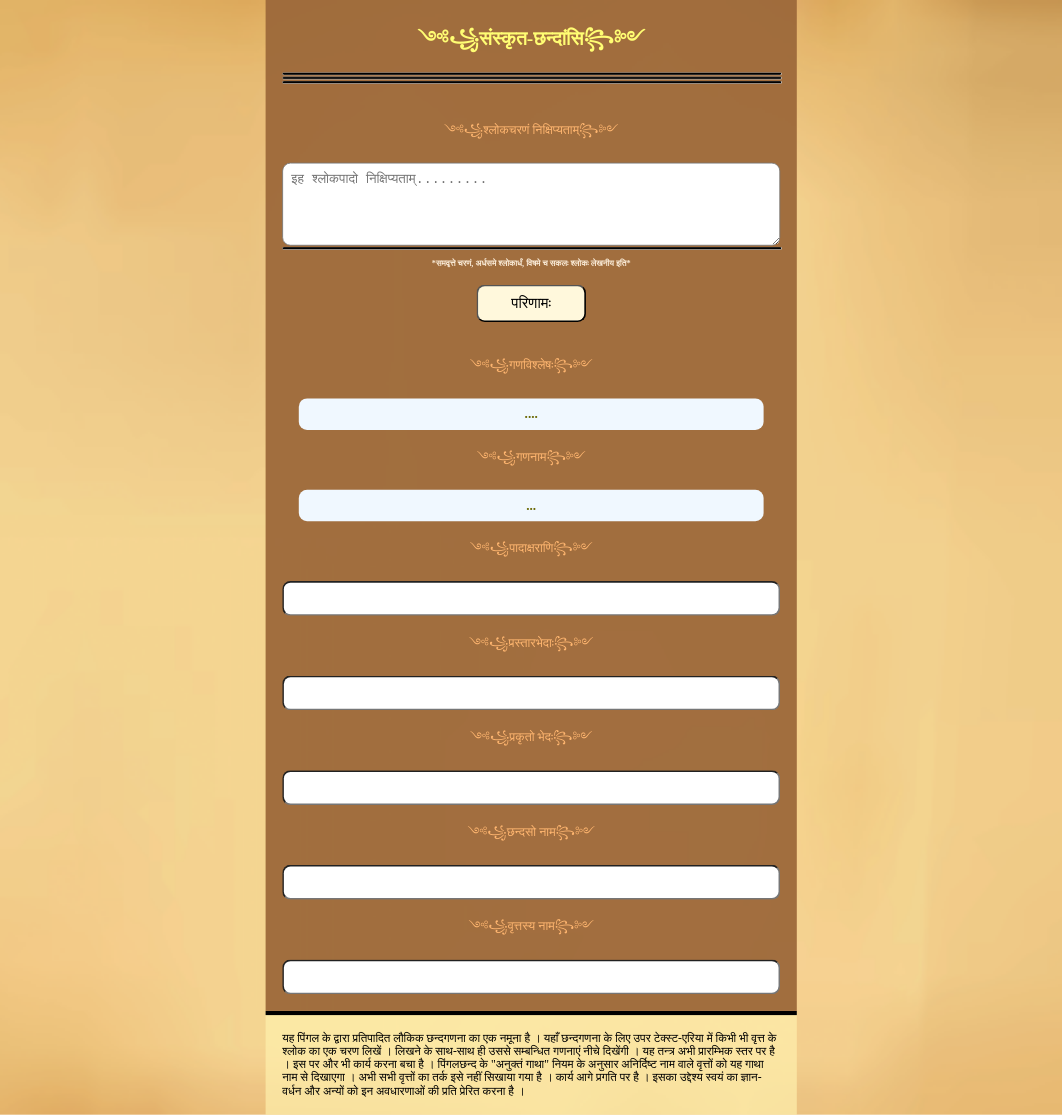
Repository: arshavak/pingala_chhand_shastram
Page: index.html
The author's editor kept a copy of each file at every save. The page is drawn from the files as they stood at one save, then again after the next save.
The browser window is 1280 px wide. The pictures show the whole page, at 83% of full size.

Above is the page before, as saved 2024-10-20 17:07:09.

### index.html

<head>
<title>संस्कृत-छन्दांसि</title>
<meta name="viewport" content="width=device-width, initial-scale=1.0">

<link rel="stylesheet"  href="style.css">

</head>
<body>
<div class="contaner" id="contaner">

<h3>༺꧁संस्कृत-छन्दांसि꧂༻
</h3>
<hr><hr><hr><br>
<label for="h3">༺꧁श्लोकचरणं निक्षिप्यताम्꧂༻</label>

<textarea placeholder="इह श्लोकपादो निक्षिप्यताम्.........
" id="inp" onkeyup="lagabodhakam();"></textarea>
<hr>
<b id="note">*समवृत्ते चरणं, अर्धसमे श्लोकार्धं, विषमे च सकलः श्लोकः लेखनीय इति*</b>
<button id="btn" onclick="lagabodhakam()">परिणामः</button>
<label>༺꧁गणविश्लेषः꧂༻</label>
<h4 id="SI_vichched">....</h4>
<h4 id="falani"></h4>
<label>༺꧁गणनाम꧂༻</label>
<h4 id="fl">...</h4>
<label>༺꧁पादाक्षराणि꧂༻</label>
<input id="padaksharani" type="number"  readonly="" title="number"/>
<label>༺꧁प्रस्तारभेदाः꧂༻</label>
<input id="prastarabhedah" type="number" readonly="" title="number"/>
<label>༺꧁प्रकृतो भेदः꧂༻</label>
<input id="prakritobhedah" type="number" readonly="" title="number"/>
<label>༺꧁छन्दसो नाम꧂༻</label>
<input id="chhandasonama" type="text" readonly="" title="number"/>

<label>༺꧁वृत्तस्य नाम꧂༻</label>
<input id="vname" type="text" readonly="" title="number"/>
<span id="ktmtest"></span>

</div>

<div class="vivaran">

 <p>
     यह पिंगल के द्वारा प्रतिपादित लौकिक छन्दगणना का एक नमूना है ।
     यहाँ छन्दगणना के लिए उपर टेक्स्ट-एरिया में किभी भी वृत्त के  श्लोक का एक चरण लिखें । लिखने के साथ-साथ ही उससे सम्बन्धित गणनाएं नीचे  दिखेंगी । यह तन्त्र अभी प्रारम्भिक स्तर पर है । इस पर और भी कार्य करना बचा है । पिंगलछन्द के "अनुक्तं गाथा" नियम के अनुसार अनिर्दिष्ट नाम वाले वृत्तों  को यह गाथा नाम से दिखाएगा । अभी सभी वृत्तों का तर्क इसे नहीं सिखाया गया है । कार्य आगे प्रगति पर है । इसका उद्देश्य स्वयं का ज्ञान-वर्धन और अन्यों को इन अवधारणाओं की प्रति प्रेरित करना है ।

 </p>

</div>
<script src="Javascript files/main-script.js"></script>
<script src="Javascript files/vritt-script.js"></script>
<script src="Javascript files/gan-script.js"></script>
</body>

### style.css


*{
  padding: 0;
  margin: 0;

}

body {
  background-image: url("fotos/bgchh.png");
  background-position: center;
  background-repeat: no-repeat;

  background-size: cover;
  font-size: 20px;
}
label {
  margin-top: 15px;
  margin-bottom: 15px;
  display: block;
  font-size: 15px;
  color:#ffb670;
}

#note{
  font-size: 10px;
  margin-top: 10px;
  display: block;
  color: antiquewhite;
}

textarea {
  min-width: 100%;
  resize: vertical;
  min-height: 100px;
  padding: 10px;
  border-radius: 10px;
  font-size: 16px;
}

input{
  outline: none;
  width: 100%;
  padding: 10px;
  border-radius: 10px;
  font-size: 16px;
}

#btn{
  margin: 20px;
  background-color: cornsilk;
  display: inline-block;
  padding: 10px 40px;
  border-radius: 10px;
  font-weight: 400px;
  font-size: 18px;
  cursor: pointer;
  transition: background-color 0.3s ease;
}

#btn :hover{
  background-color: #f9b93f;
}
#btn :active{
   transform: calc(.2);
}
.contaner{
  padding: 20px;
  position: relative;
  text-align: center;
  background-color: #9d693af0;
  max-width: 600px;
  margin: auto;

}
.vivaran{
  background-color: rgba(255, 241, 174, 0.686);
/* color: rgb(2, 98, 98); */
padding: 20px;
font-size: 14px;
max-width: 600px;
  margin: auto;
  border-top:5px solid #000000;
}

#falani{
  display:none
}
#ktmtest{
  font-size:0px;
}

h3{
  color:#fffd73;
}

h4 {
  color:#696700;
  margin: auto;
  word-wrap:break-word;
  font-weight:900;
  overflow-x:hidden;
  background-color: aliceblue;
  outline: none;
  width: 90%;
  padding: 10px;
  border-radius: 10px;
  font-size: 16px;
}

hr{
  background-color: #000000;
  height: 2px;
  width: 100%;
  border-radius: 20px;
  margin-top: 1px;
}

### Javascript files/gan-script.js
function gan(){
document.getElementById("fl").innerHTML="";
var x = document.getElementById("falani").innerText;
x=x.match(/.{1,3}/g);
var falam = document.getElementById("fl");
document.getElementById("SI_vichched").innerText=x;
for(var i = 0; i<x.length; i++){
if(x[i]=="ISI"){
falam.innerHTML+=`<b class="alrt" onclick="alert('कदा स ज्')">जगण</b>`;
}else
if(x[i]=="SSS"){
falam.innerHTML+= `<b class="alrt" onclick="alert('धीश्रीस्त्री म्')">मगण</b>`;
}else
if(x[i]=="ISS"){
falam.innerHTML+=`<b class="alrt" onclick="alert('वरा सा य्')">यगण</b>`;
}else

if(x[i]=="SIS"){
falam.innerHTML+=`<b class="alrt" onclick="alert('का गुहा र्')">रगण</b>`;
}else

if(x[i]=="IIS"){
falam.innerHTML+=`<b class="alrt" onclick="alert('वसुधा स्')">सगण</b>`;
}else

if(x[i]=="SSI"){
falam.innerHTML+=`<b class="alrt" onclick="alert('सा ते क्व त्')">तगण</b>`;
}else

if(x[i]=="SII"){
falam.innerHTML+=`<b class="alrt" onclick="alert('किं वद भ्')">भगण</b>`;
}else

if(x[i]=="III"){
falam.innerHTML+=`<b class="alrt" onclick="alert('न हसन्')">नगण</b>`;
}else

if(x[i]=="S"){
falam.innerHTML+=`<b class="alrt" onclick="alert('गन्ते , ध्रादिपरः , हे ')">गुरु</b>`;
}else

if(x[i]=="SS"){
falam.innerHTML+=`<b class="alrt" onclick="alert('गन्ते , ध्रादिपरः , हे ')">गुरुगुरु</b>`;
}else

if(x[i]=="SI"){
falam.innerHTML+=`<b class="alrt" onclick="alert('लघुगुरु')"> गुरुलघु</b>`;
}else

if(x[i]=="IS"){
falam.innerHTML+=`<b class="alrt" onclick="alert('लघुगुरु ')">लघुगुरु </b>`;
}else

if(x[i]=="II"){
falam.innerHTML+=`<b class="alrt" onclick="alert('लघु लघु')">लघु लघु</b>`;
}else

if(x[i]=="I"){
falam.innerHTML+=`<b class="alrt" onclick="alert('लघु')">लघु</b>`;
}else{
falam.innerHTML="......";
}}}

Loaded but not shown: Javascript files/main-script.js (no copy from this time; the picture is the same without it); Javascript files/vritt-script.js (no copy from this time; the picture is the same without it)

After the next save:
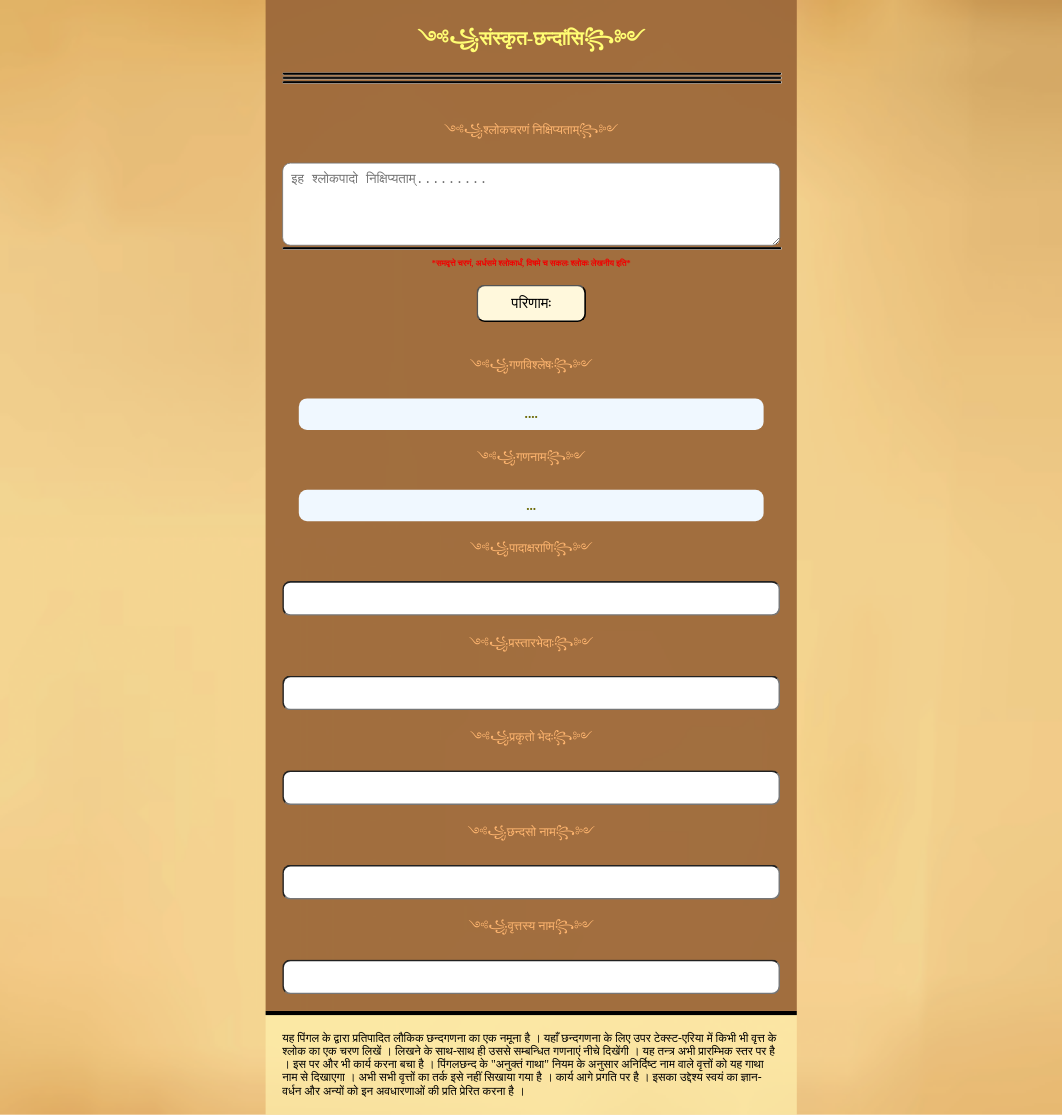
Saved 9 s later.
--- a/style.css
+++ b/style.css
@@ -26,7 +26,7 @@ label {
   font-size: 10px;
   margin-top: 10px;
   display: block;
-  color: antiquewhite;
+  color: rgb(241, 0, 0);
 }
 
 textarea {
